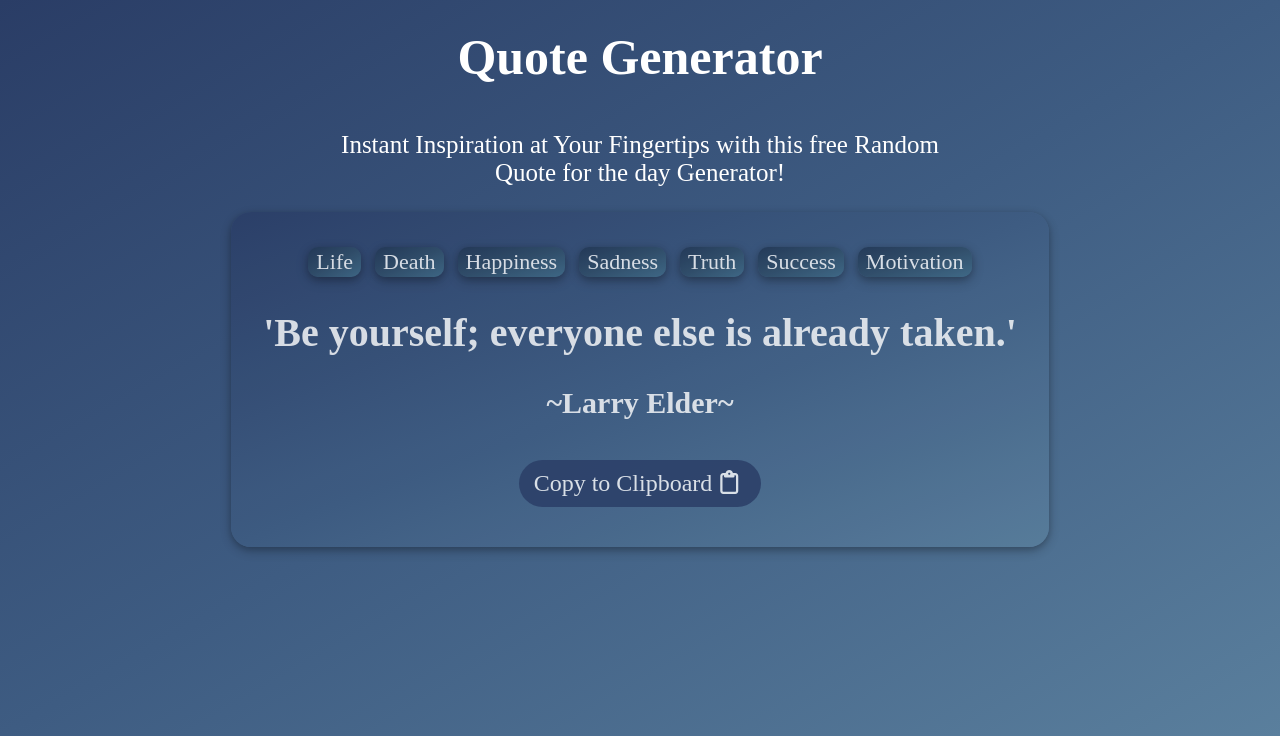
Repository: moehaymanmyint/Random-Quote-Generator
Page: index.html
These files come from the project's save history. The page is drawn as it stood at one moment and after the next save; the edit follows.
The browser window is 1280 px wide. The pictures show the whole page.
Some web fonts or font styles are not loaded; a fallback is used. Some web libraries are served in a nearby version.

Above is the page before, as saved 2024-11-07 23:24:22.

### index.html
<!DOCTYPE html>
<html lang="en">
<head>
    <meta charset="UTF-8">
    <meta name="viewport" content="width=device-width, initial-scale=1.0">
    <title>Quote Generator</title>
    <link rel="stylesheet" href="style.css">
    <!-- Font Awesome Link -->
    <link rel="stylesheet" href="https://cdnjs.cloudflare.com/ajax/libs/font-awesome/6.6.0/css/all.min.css" integrity="sha512-Kc323vGBEqzTmouAECnVceyQqyqdsSiqLQISBL29aUW4U/M7pSPA/gEUZQqv1cwx4OnYxTxve5UMg5GT6L4JJg==" crossorigin="anonymous" referrerpolicy="no-referrer" />
</head>
<body>
    <div class="container">
        <h1 class="title">Quote Generator</h1>
        <p class="description">Instant Inspiration at Your Fingertips with this free Random Quote for the day Generator!</p>
        <div class="quote-box">
            <div class="category">
                <input type="button" value="Life">
                <input type="button" value="Death">
                <input type="button" value="Happiness">
                <input type="button" value="Sadness">
                <input type="button" value="Truth">
                <input type="button" value="Success">
                <input type="button" value="Motivation">
            </div>
            <div class="quotes">
                <h1 class="quote">'Be yourself; everyone else is already taken.'</h1>
                <p class="author">~Larry Elder~</p>
            </div>
            <div class="btn">
                <button class="copy-btn">Copy to Clipboard<i class="fa-regular fa-clipboard"></i></button>
            </div>
        </div>
    </div>
</body>
<script src="app.js"></script>
</html>

### style.css
@import url('https://fonts.googleapis.com/css2?family=Playwrite+GB+S:ital,wght@0,100..400;1,100..400&display=swap');

body{
    background: linear-gradient(to bottom right, #2a3d66, #3e5c82, #5a7f9d);
    color: white;
    height: 100vh;
}
.container{
    font-family: "Playwrite GB S", cursive;
    display: flex;
    flex-direction: column;
    align-items: center;
}
.title{
    font-size: 50px;
    margin: 20px;
}
.description{
    font-size: 25px;
    width: 50%;
    text-align: center;
}
.container .quote{
    text-align: center;
    font-size: 40px;
}

.container .author{
    font-size: 30px;
    color: white;
    text-align: center;
    font-weight: bold;
}

.quote-box{
    background: linear-gradient(to bottom right, #2a3d66, #3e5c82, #5a7f9d);
    opacity: 0.8;
    padding: 30px;
    display: flex;
    flex-direction: column;
    align-items: center;
    border-radius: 20px;
    width: 60%;
    box-shadow: 0 4px 12px rgba(0, 0, 0, 0.3), 0 2px 6px rgba(0, 0, 0, 0.2);
}

.copy-btn{
    padding: 10px 15px;
    border: none;
    border-radius: 40px;
    background-color: #2a3d66;
    color: white;
    margin: 10px;
    cursor: pointer;
    font-size: 24px;
    font-family: "Playwrite GB S", cursive;
}

i{
    padding: 0 8px;
}

input{
    background: linear-gradient(to bottom right, #1f3350, #2e4b65, #3f6b87);
    box-shadow: 0 4px 12px rgba(0, 0, 0, 0.3), 0 2px 6px rgba(0, 0, 0, 0.2);
    color: white;
    border: none;
    border-radius: 10px;
    padding: 2px 8px;
    font-size: 22px;
    margin: 5px;
    cursor: pointer;
    font-family: "Playwrite GB S", cursive;
}

### app.js
let quotes = {
    Life: [
        { quote: "Life is what happens when you're busy making other plans.", author: "John Lennon" },
        { quote: "Get busy living or get busy dying.", author: "Stephen King" },
        { quote: "You only live once, but if you do it right, once is enough.", author: "Mae West" },
        { quote: "Life is really simple, but we insist on making it complicated.", author: "Confucius" },
        { quote: "In the end, it’s not the years in your life that count. It’s the life in your years.", author: "Abraham Lincoln" },
    ],
    Death: [
        { quote: "Death is not the opposite of life, but a part of it.", author: "Haruki Murakami" },
        { quote: "To the well-organized mind, death is but the next great adventure.", author: "J.K. Rowling" },
        { quote: "The life of the dead is placed in the memory of the living.", author: "Marcus Tullius Cicero" },
        { quote: "Our dead are never dead to us, until we have forgotten them.", author: "George Eliot" },
        { quote: "Death may be the greatest of all human blessings.", author: "Socrates" },
    ],
    Happiness: [
        { quote: "Happiness is not something ready-made. It comes from your own actions.", author: "Dalai Lama" },
        { quote: "For every minute you are angry, you lose sixty seconds of happiness.", author: "Ralph Waldo Emerson" },
        { quote: "Happiness depends upon ourselves.", author: "Aristotle" },
        { quote: "Happiness is not by chance, but by choice.", author: "Jim Rohn" },
        { quote: "The purpose of our lives is to be happy.", author: "Dalai Lama" },
    ],
    Sadness: [
        { quote: "Tears come from the heart and not from the brain.", author: "Leonardo da Vinci" },
        { quote: "Sadness flies away on the wings of time.", author: "Jean de La Fontaine" },
        { quote: "The word 'happiness' would lose its meaning if it were not balanced by sadness.", author: "Carl Jung" },
        { quote: "Every human walks around with a certain kind of sadness.", author: "Henri Nouwen" },
        { quote: "Even a happy life cannot be without a measure of darkness.", author: "Carl Jung" },
    ],
    Truth: [
        { quote: "In a time of deceit, telling the truth is a revolutionary act.", author: "George Orwell" },
        { quote: "If you tell the truth, you don't have to remember anything.", author: "Mark Twain" },
        { quote: "Three things cannot be long hidden: the sun, the moon, and the truth.", author: "Buddha" },
        { quote: "The truth will set you free, but first it will make you miserable.", author: "James A. Garfield" },
        { quote: "Honesty is the first chapter in the book of wisdom.", author: "Thomas Jefferson" },
    ],
    Success: [
        { quote: "Success is not final, failure is not fatal: It is the courage to continue that counts.", author: "Winston Churchill" },
        { quote: "Success usually comes to those who are too busy to be looking for it.", author: "Henry David Thoreau" },
        { quote: "The way to get started is to quit talking and begin doing.", author: "Walt Disney" },
        { quote: "Don’t be afraid to give up the good to go for the great.", author: "John D. Rockefeller" },
        { quote: "Success is walking from failure to failure with no loss of enthusiasm.", author: "Winston Churchill" },
    ],
    Motivation: [
        { quote: "The only way to do great work is to love what you do.", author: "Steve Jobs" },
        { quote: "The future belongs to those who believe in the beauty of their dreams.", author: "Eleanor Roosevelt" },
        { quote: "Don’t watch the clock; do what it does. Keep going.", author: "Sam Levenson" },
        { quote: "Believe you can and you’re halfway there.", author: "Theodore Roosevelt" },
        { quote: "Start where you are. Use what you have. Do what you can.", author: "Arthur Ashe" },
    ]
};

let quote = document.querySelector(".quote");
let author = document.querySelector(".author");
let category = document.querySelectorAll(".category input");
let copyBtn = document.querySelector(".copy-btn");

category.forEach(input => {
    input.addEventListener("click", () => {
        let userCategory = input.value;
        let quoteArr = quotes[userCategory];
        let randomQuote = quoteArr[Math.floor(Math.random() * quoteArr.length)];
        console.log(randomQuote);

        quote.innerHTML = "'" + randomQuote.quote + "'";
        author.innerHTML = "~" + randomQuote.author + "~";
    })
});

function copyClipboard() {
    let quoteText = quote.innerHTML;
    navigator.clipboard.writeText(quoteText)
        .then(() => {
            alert("Quote copied to clipboard!");
        })
        .catch(err => {
            console.error("Failed to copy: ", err);
        });
}

copyBtn.addEventListener("click", copyClipboard);

After the next save:
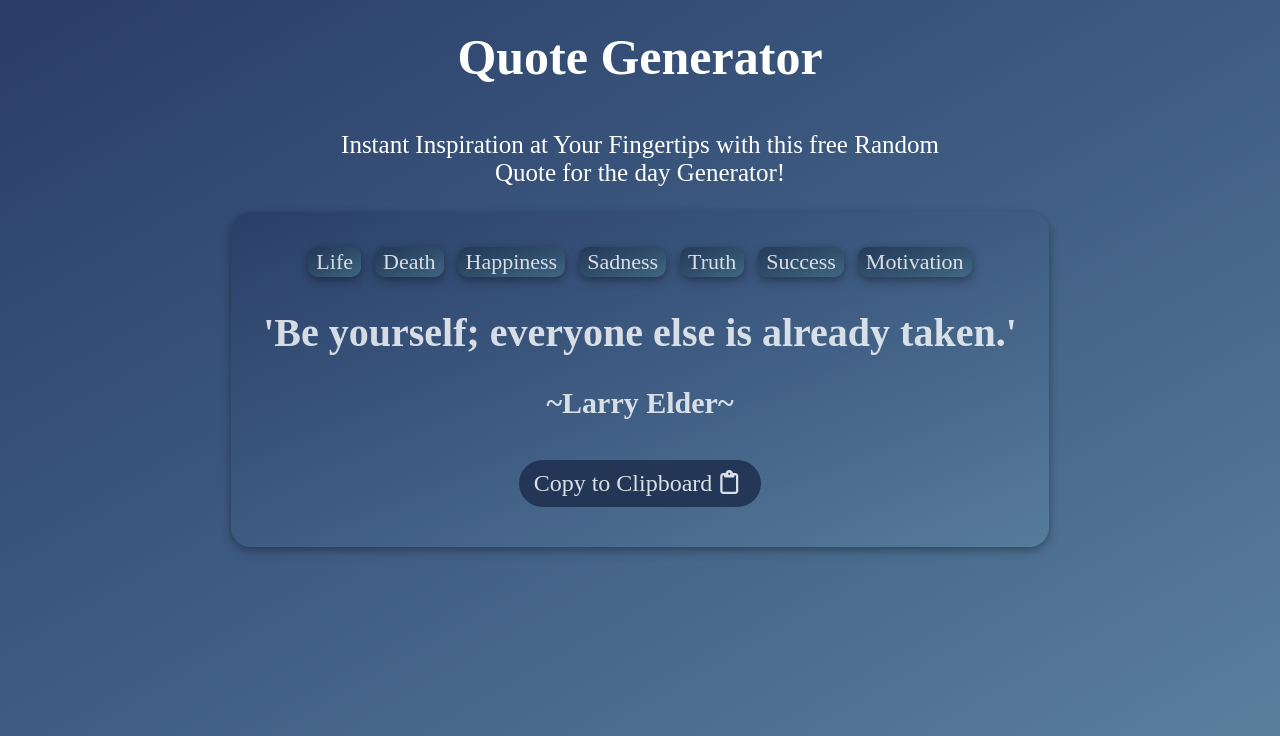
Saved 57 s later.
--- a/style.css
+++ b/style.css
@@ -48,7 +48,7 @@ body{
     padding: 10px 15px;
     border: none;
     border-radius: 40px;
-    background-color: #2a3d66;
+    background-color: #1d2c4b;
     color: white;
     margin: 10px;
     cursor: pointer;
